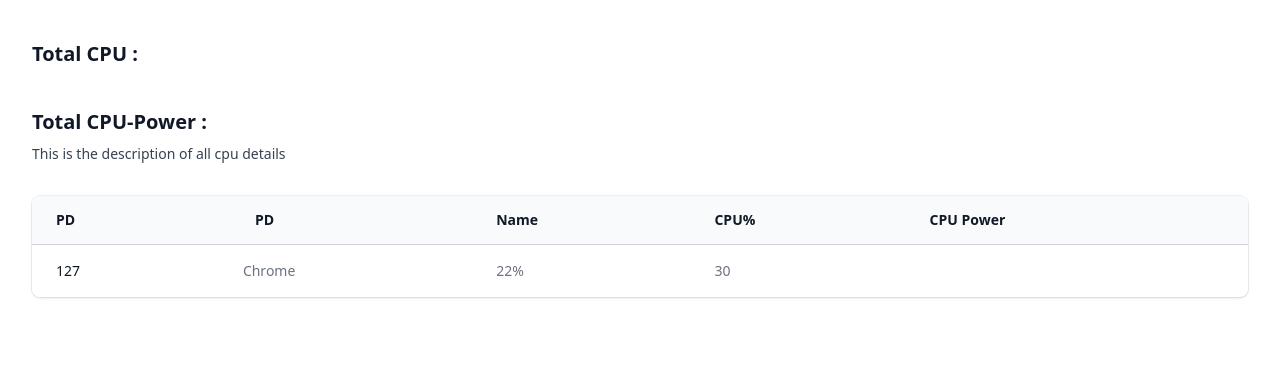
Repository: emorilebo/cpu-reader
Page: /
The author's editor kept a copy of each file at every save. The page is drawn from the files as they stood at one save, then again after the next save.
The browser window is 1280 px wide. The pictures show the whole page.
The project was rebuilt for these pictures with package versions that can differ from the ones it lists, and the page was loaded fresh each time. The framework's server and built-in components were replaced by stand-ins that run in the browser. Also part of the build but not shown: next.config.js, styles/Home.module.css.

Above is the page before, as saved 2023-01-13 12:41:00.

After the next save:
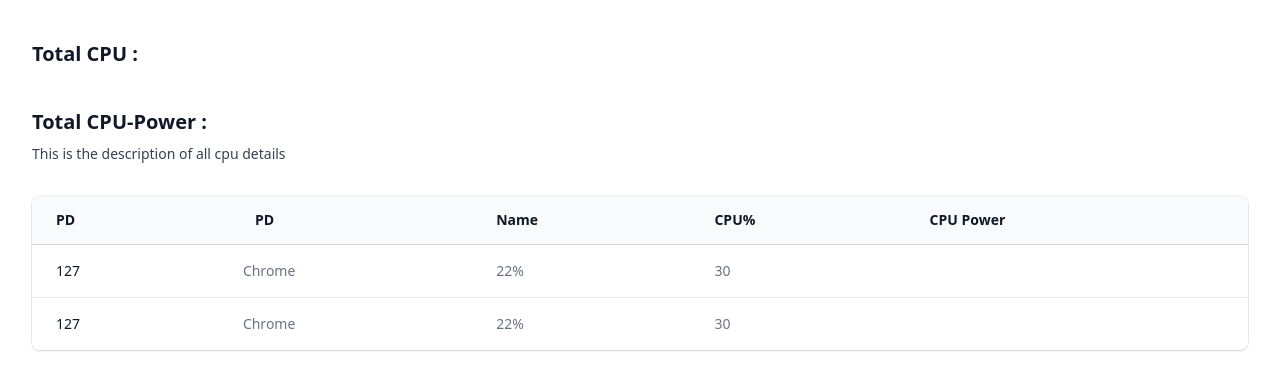
Saved 4 s later.
--- a/components/Tables.jsx
+++ b/components/Tables.jsx
@@ -1,6 +1,12 @@
 import React from "react";
 
 const cpus = [
+  {
+    pd: "127",
+    name: "Chrome",
+    cpupercent: "22%",
+    cpupower: "30",
+  },
   {
     pd: "127",
     name: "Chrome",
